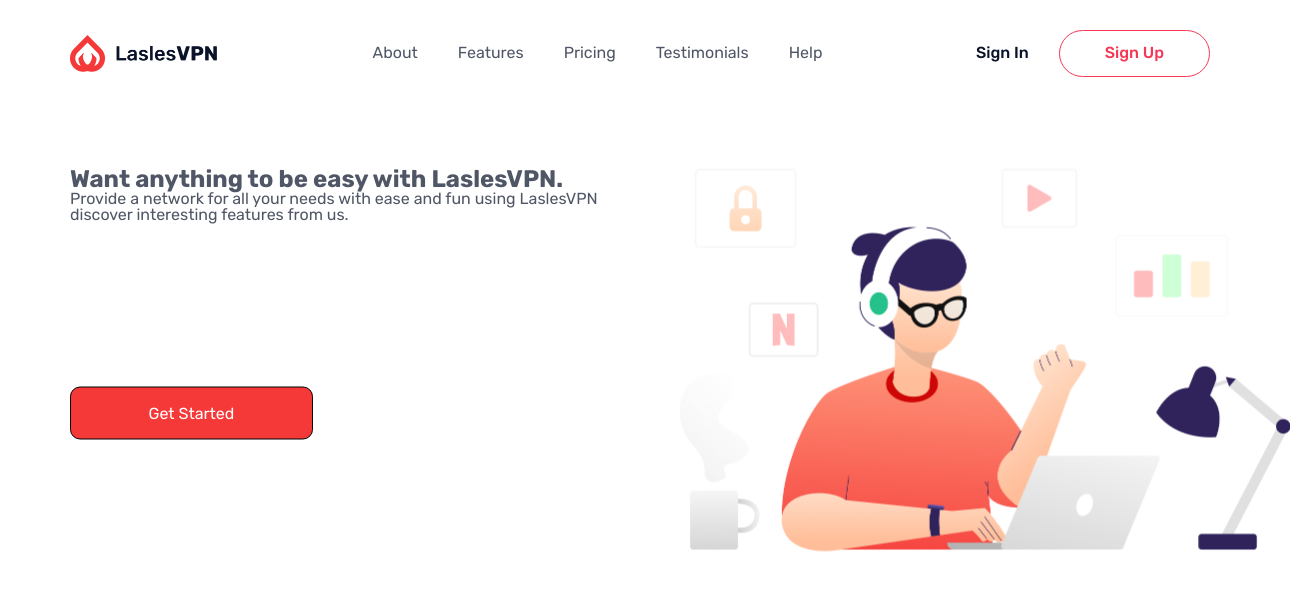
Repository: thefellowshiplotr/lasles_recode
Page: index.html
These files come from the project's save history. The page is drawn as it stood at one moment and after the next save; the edit follows.
The browser window is 1280 px wide. The page is 1290 px wide, so the pictures cover 1290 px, including what lies to the right of the window. The pictures show the whole page.
The style sheet was rebuilt from its Sass, Less or Tailwind sources for each picture, by a compiler version that may differ from the author's.

Above is the page before, as saved 2022-10-28 13:34:36.

After the next save:
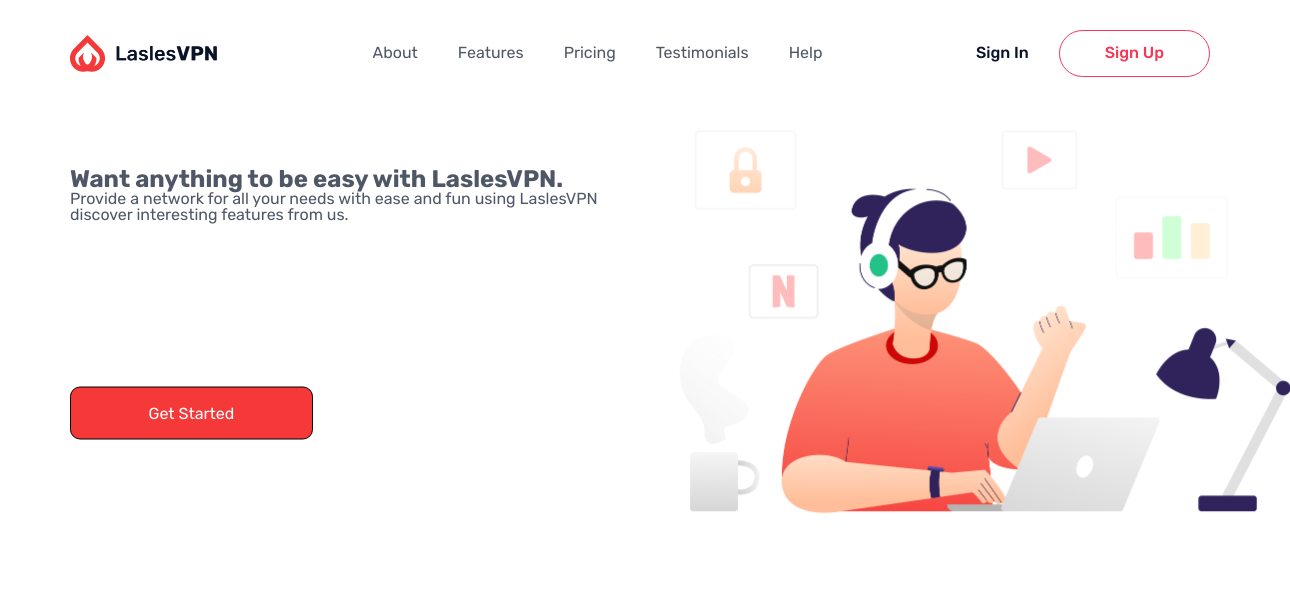
Saved 7 s later.
--- a/sass/_hero.scss
+++ b/sass/_hero.scss
@@ -6,7 +6,7 @@
   &-img {
     position: absolute;
     top: 50%;
-    transform: translate(10px, -50%);
+    transform: translate(10px, -60%);
     right: 0;
   }
 }

After the save that followed:
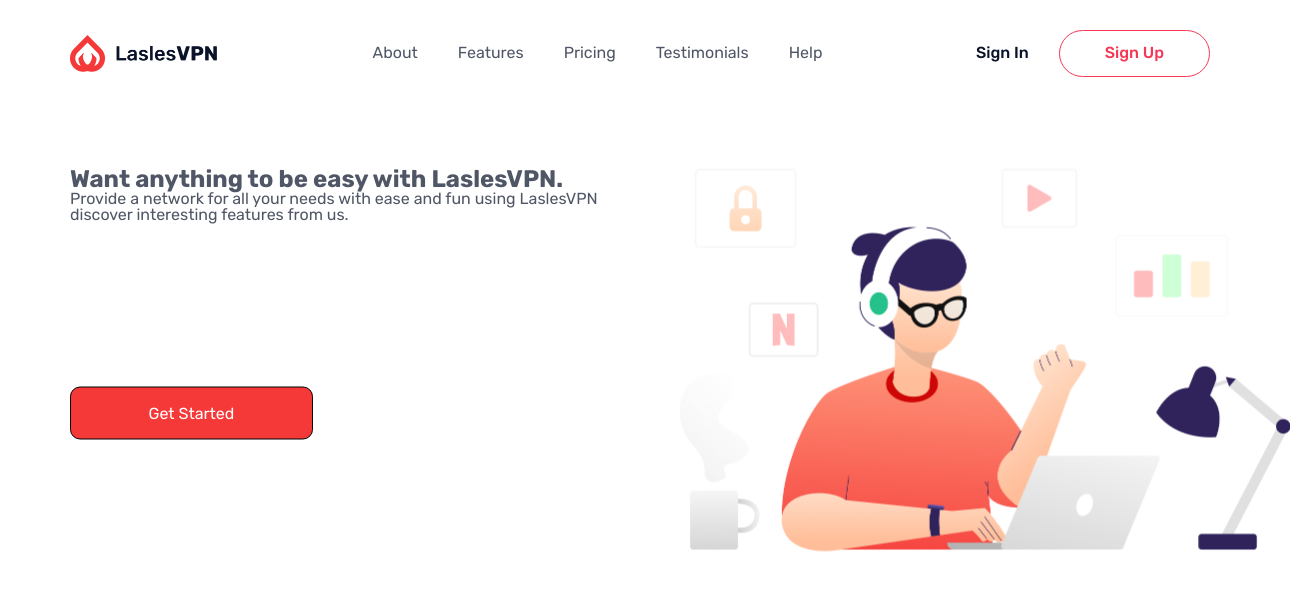
Saved 4 s later.
--- a/sass/_hero.scss
+++ b/sass/_hero.scss
@@ -6,7 +6,7 @@
   &-img {
     position: absolute;
     top: 50%;
-    transform: translate(10px, -60%);
+    transform: translate(10px, -50%);
     right: 0;
   }
 }
